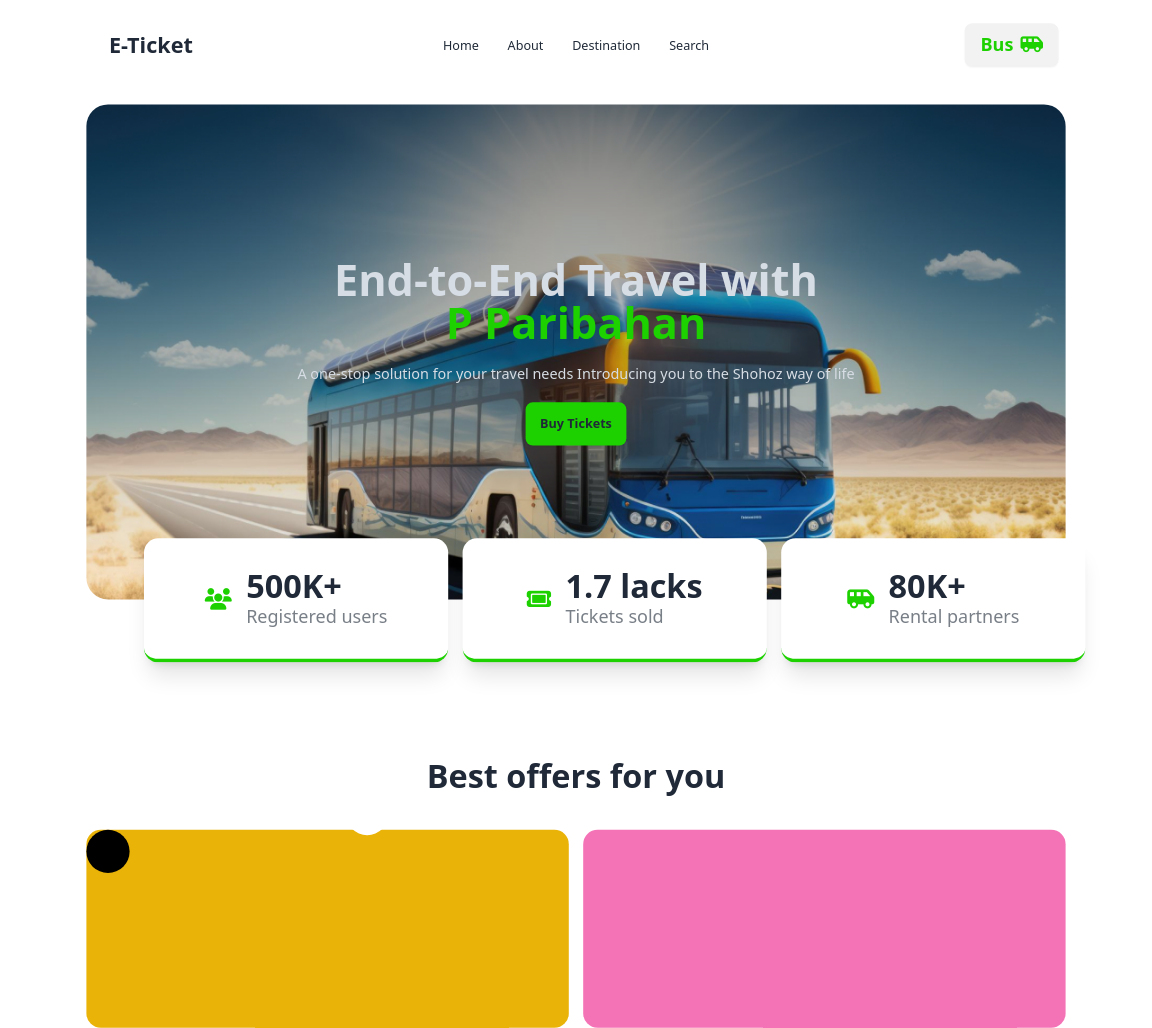
Repository: RudrasahaDibos/Smart-ticketing
Page: index.html
An editor plug-in stored every save of this project. The page is shown before and after a run of saves, followed by the edit.
The browser window is 1280 px wide. The pictures show the whole page, at 90% of full size.
Some web fonts or font styles are not loaded; a fallback is used. Some web libraries are served in a nearby version.

Above is the page before, as saved 2024-11-10 01:15:05.

After the next 2 saves:
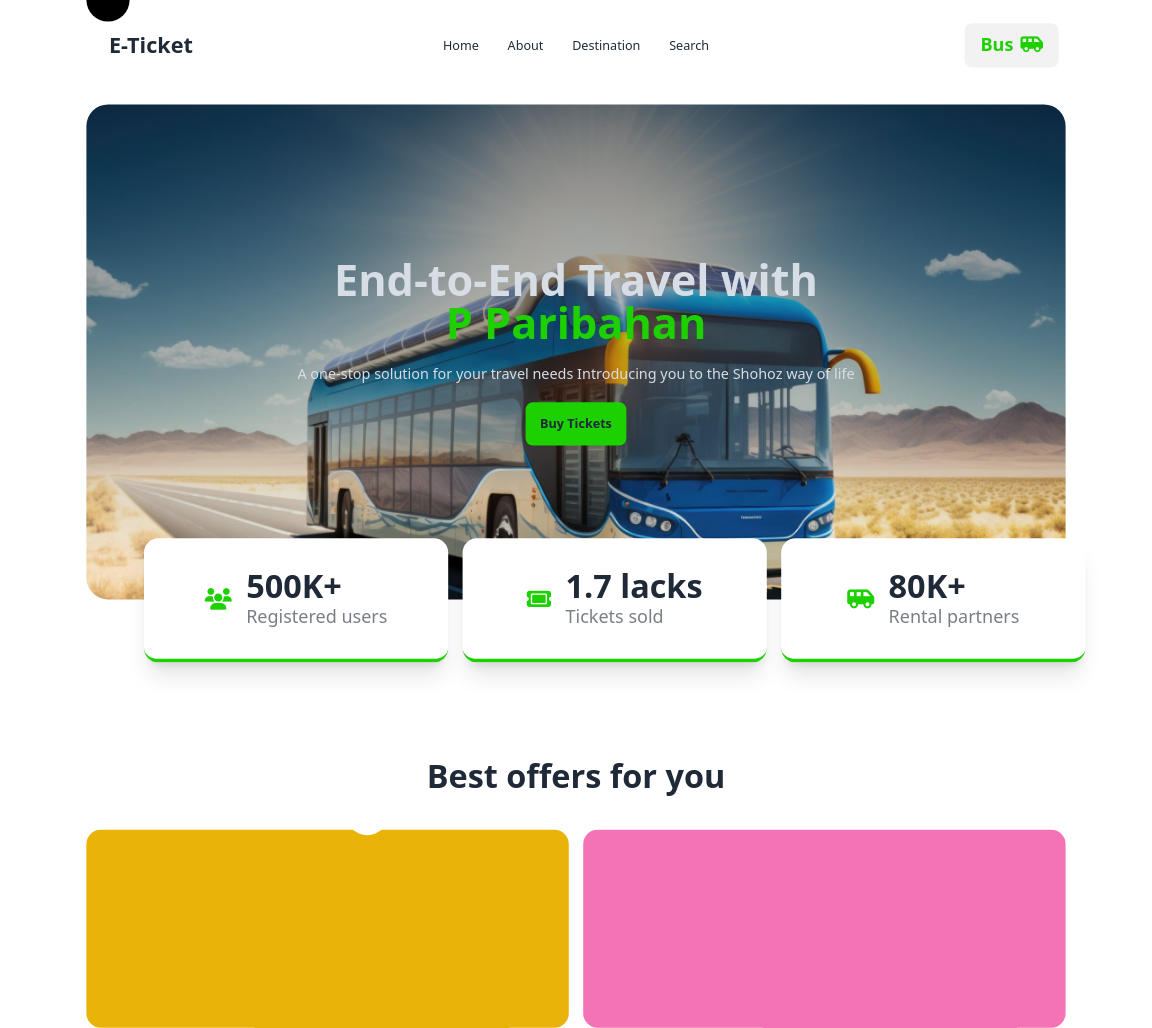
The 2 saves are shown as one change because they came seconds apart.
The last was saved 10 s later.
--- a/index.html
+++ b/index.html
@@ -157,7 +157,7 @@
                                 <div class="flex gap-4 mt-10">
                                     <div class="bg-yellow-500  w-[573px] h-[220px] rounded-2xl">
                                                <p class="bg-white w-[48px] h-[48px] absolute mx-auto rounded-full  -bottom-52 ml-72 "></p>
-                                               <p class="bg-black w-[48px] h-[48px] absolute mx-auto rounded-full   "></p>
+                                               <p class="bg-black w-[48px] h-[48px] absolute mx-auto rounded-full  -top-6 "></p>
                                     </div>
                                     <div class="bg-pink-400   w-[573px] h-[220px] rounded-2xl">
 

After the save that followed:
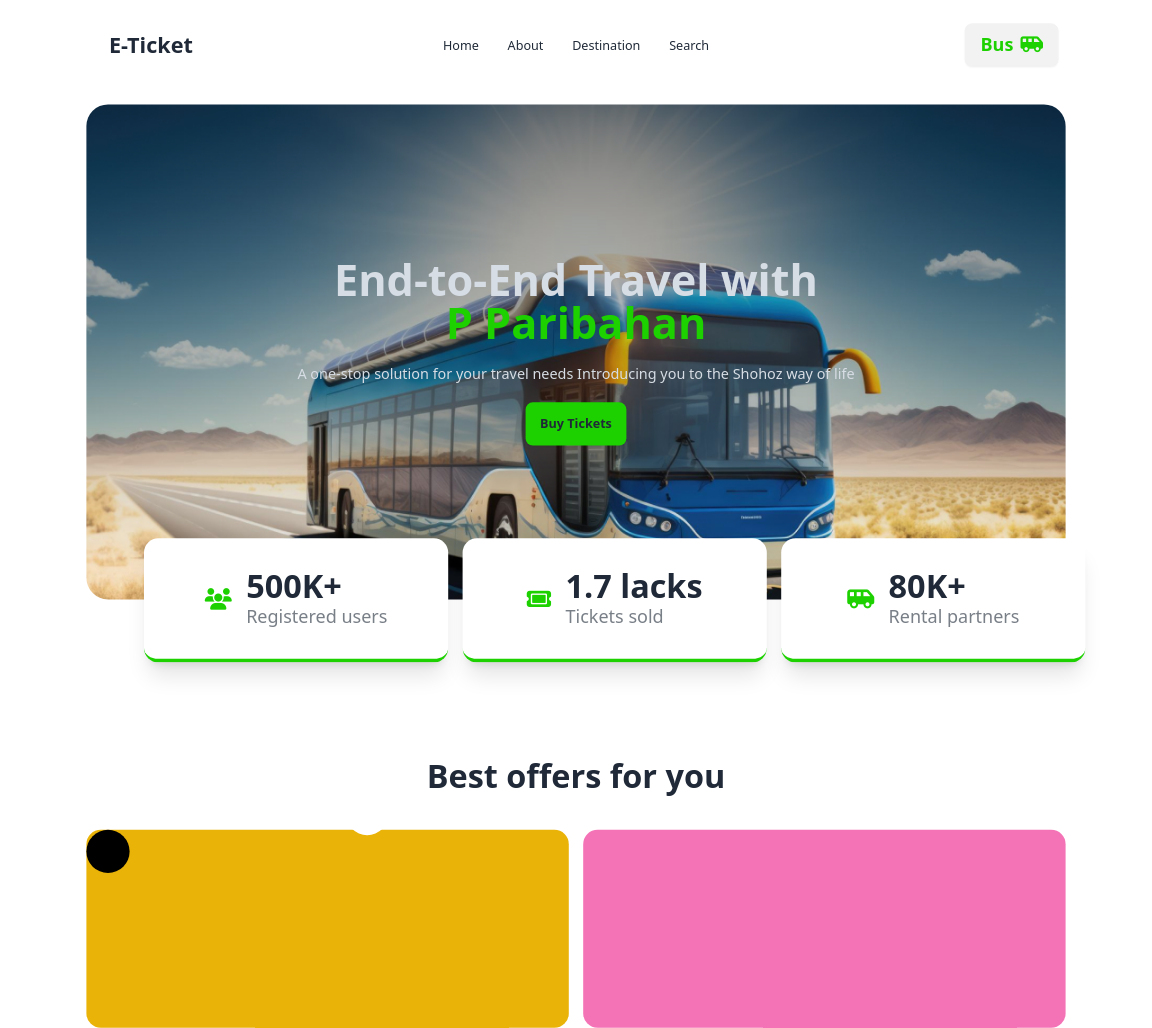
Saved 10 s later.
--- a/index.html
+++ b/index.html
@@ -157,7 +157,7 @@
                                 <div class="flex gap-4 mt-10">
                                     <div class="bg-yellow-500  w-[573px] h-[220px] rounded-2xl">
                                                <p class="bg-white w-[48px] h-[48px] absolute mx-auto rounded-full  -bottom-52 ml-72 "></p>
-                                               <p class="bg-black w-[48px] h-[48px] absolute mx-auto rounded-full  -top-6 "></p>
+                                               <p class="bg-black w-[48px] h-[48px] absolute mx-auto rounded-full  -m "></p>
                                     </div>
                                     <div class="bg-pink-400   w-[573px] h-[220px] rounded-2xl">
 
